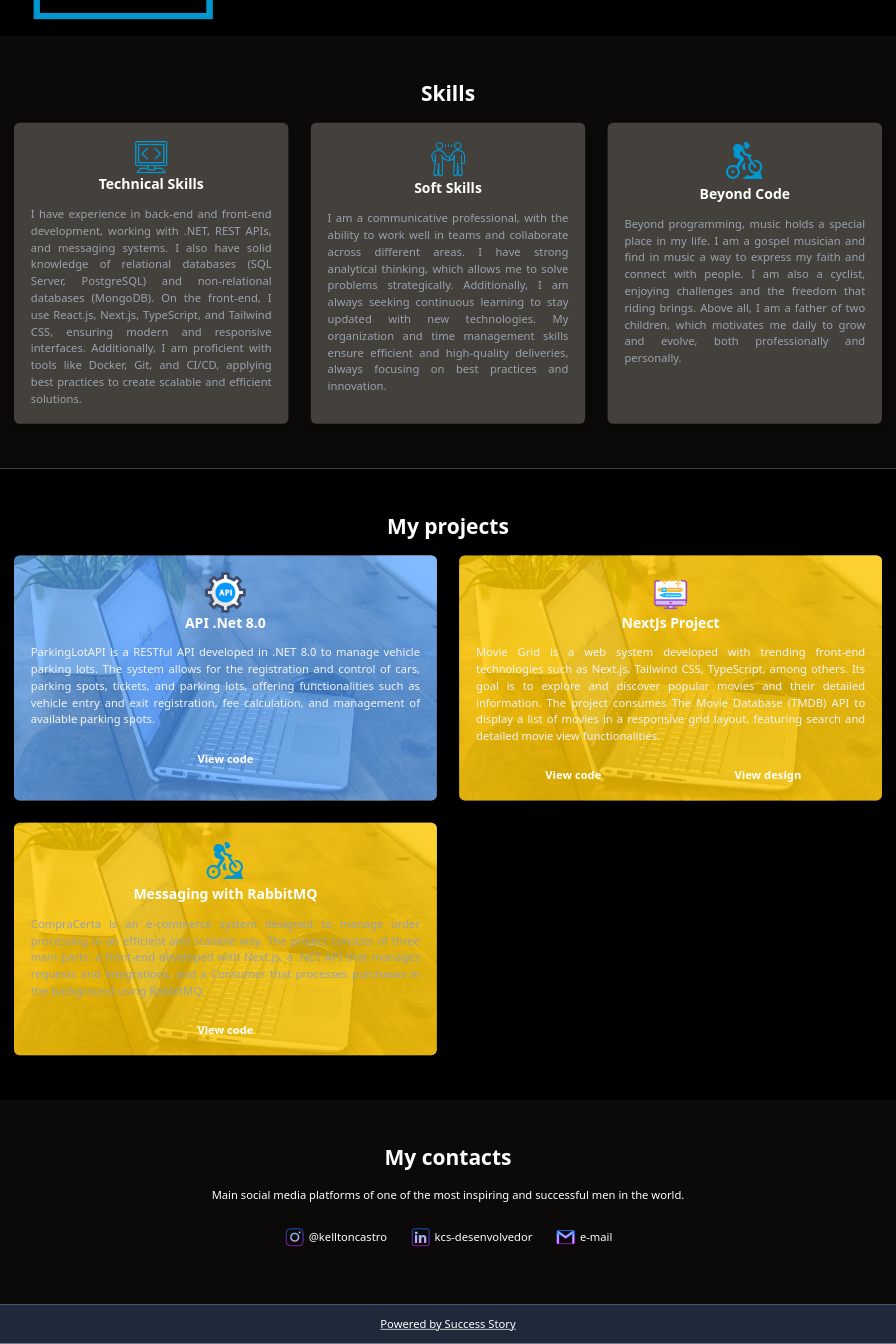
Repository: kcsdesenvolvedor/portfolio
Page: src/index.html
The author's editor kept a copy of each file at every save. The page is drawn from the files as they stood at one save, then again after the next save.
The browser window is 1280 px wide. The pictures show the part of the page from y = 918 to 2838 px (the page is 2838 px tall), at 70% of full size.

Above is the page before, as saved 2025-03-23 16:32:33.
Console error: TypeError: Cannot read properties of null (reading 'textContent')

After the next save:
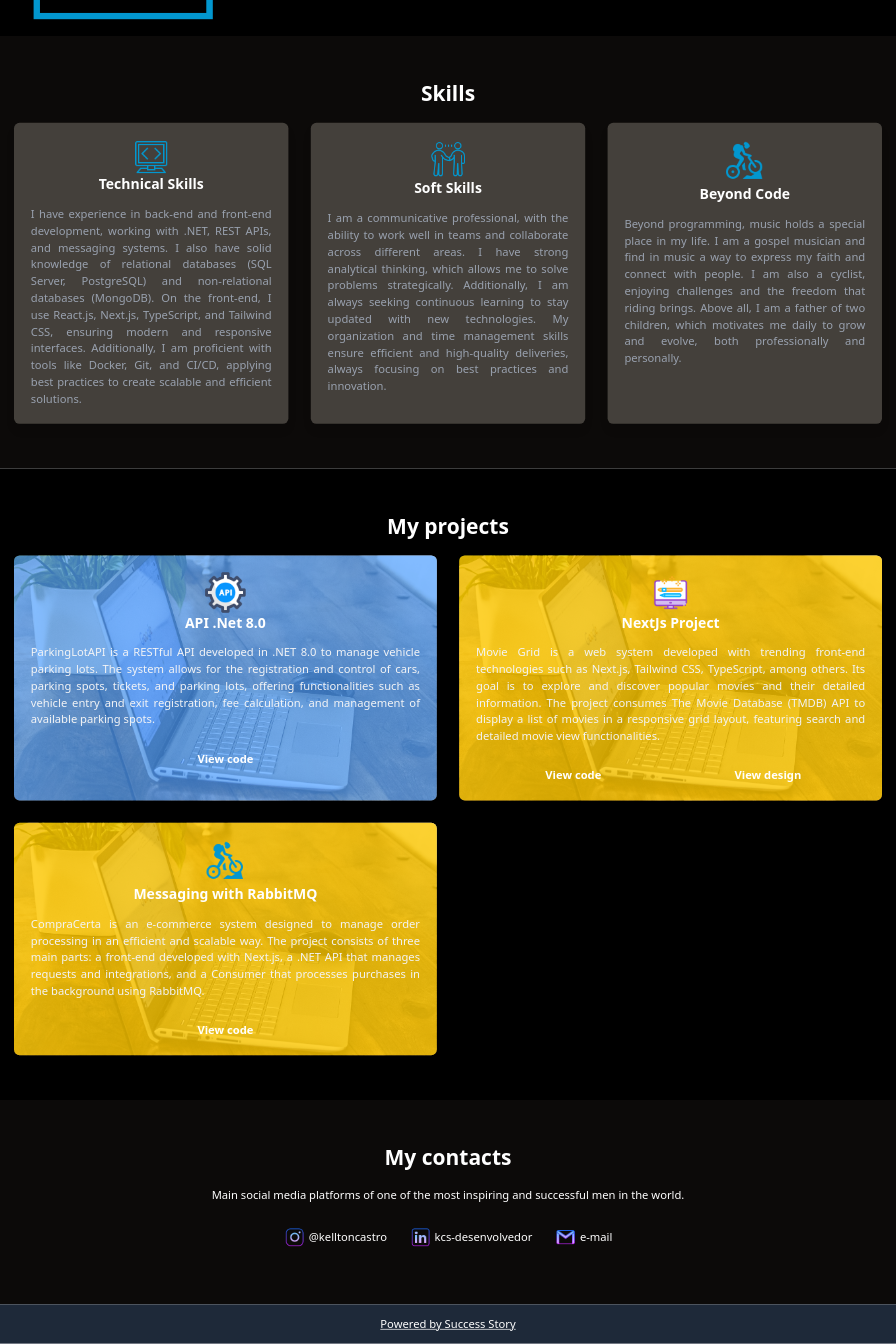
Saved 17 s later.
--- a/src/index.html
+++ b/src/index.html
@@ -239,7 +239,7 @@
                     <div class="relative z-10 flex flex-col items-center">
                         <img src="./img/beyond-code.png" alt="imagem de beyond code">
                         <h4 class="text-xl text-white font-bold mb-4">Messaging with RabbitMQ</h4>
-                        <p class="text-gray-400 text-justify">CompraCerta is an e-commerce system designed to manage order processing in an efficient and scalable way. The project consists of three main parts: a front-end developed with Next.js, a .NET API that manages requests and integrations, and a Consumer that processes purchases in the background using RabbitMQ.</p>
+                        <p class="text-gray-100 text-justify">CompraCerta is an e-commerce system designed to manage order processing in an efficient and scalable way. The project consists of three main parts: a front-end developed with Next.js, a .NET API that manages requests and integrations, and a Consumer that processes purchases in the background using RabbitMQ.</p>
                         <div class="flex justify-center mt-8 w-full">
                             <a href="https://github.com/kcsdesenvolvedor/compra-certa" class="text-white font-semibold w-full lg:w-2/4 px-6 hover:text-blue-600/80 hover:dark:text-sky-400/80 transition delay-150 duration-300 ease-in-out" target="_blank">
                                 View code
